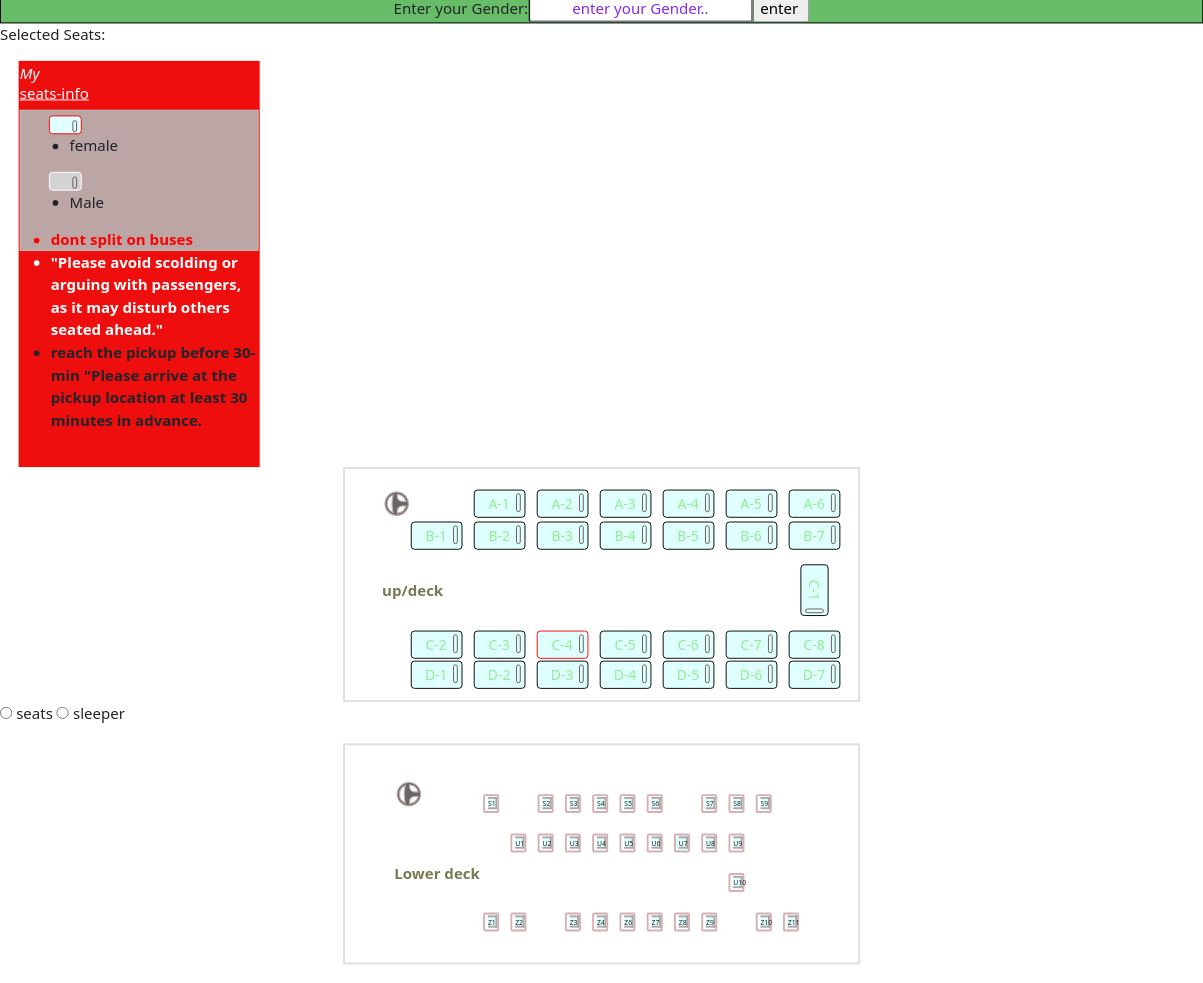
Repository: mohanmania/Redbus_Clone
Page: js-project/seat-selection/seats.html
An editor plug-in stored every save of this project. The page is shown before and after a run of saves, followed by the edit.
The browser window is 1280 px wide. The pictures show the part of the page from y = 336 to 1382 px (the page is 1382 px tall before and 1132 px after), at 94% of full size.
A picture or video elsewhere on the page could not be fetched, so the positions and the page height are approximate.

Above is the page before, as saved 2025-01-23 16:25:13.

After the next 2 saves:
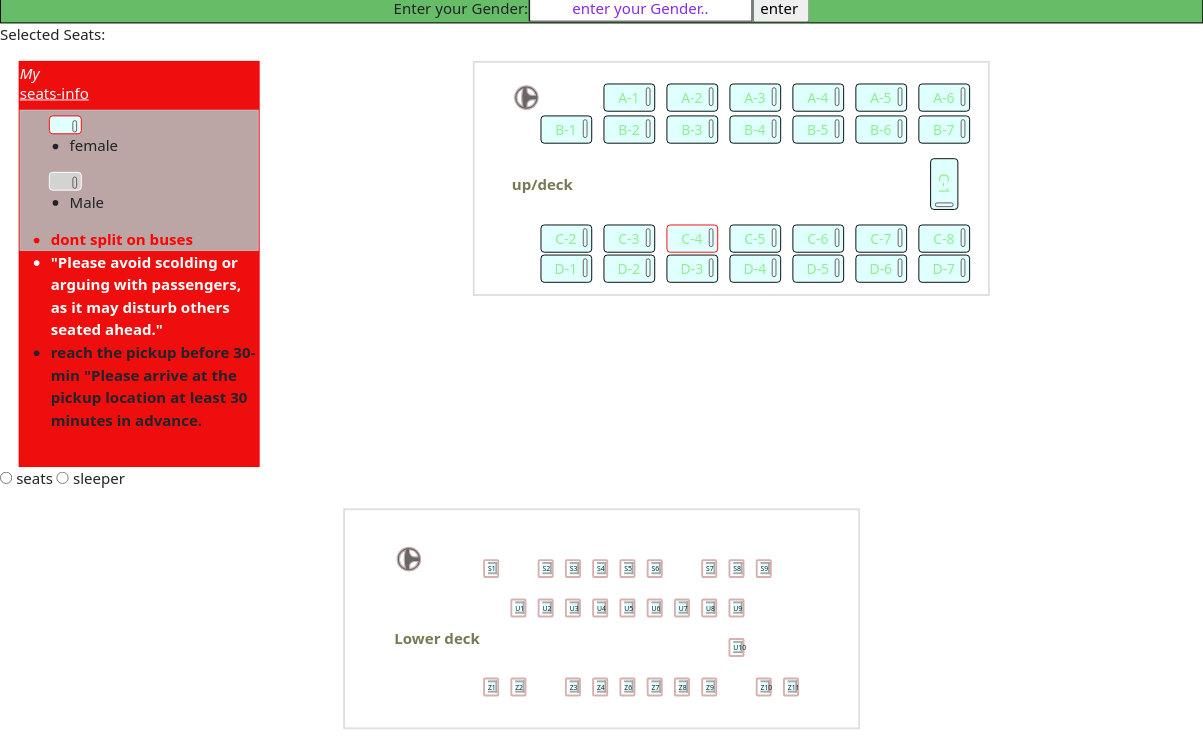
The 2 saves are shown as one change because they came seconds apart.
The last was saved 15 s later.
--- a/js-project/seat-selection/seats.html
+++ b/js-project/seat-selection/seats.html
@@ -295,7 +295,7 @@ input::placeholder {
 
    <!---------------------------------------------   table seats display -------------------->
 
-<div>
+<div style="display: flex;">
     <div  class="Index-block" >
     <i style="font-family: var(--bs-scroll-height); color: white;">My</i><br>
 
